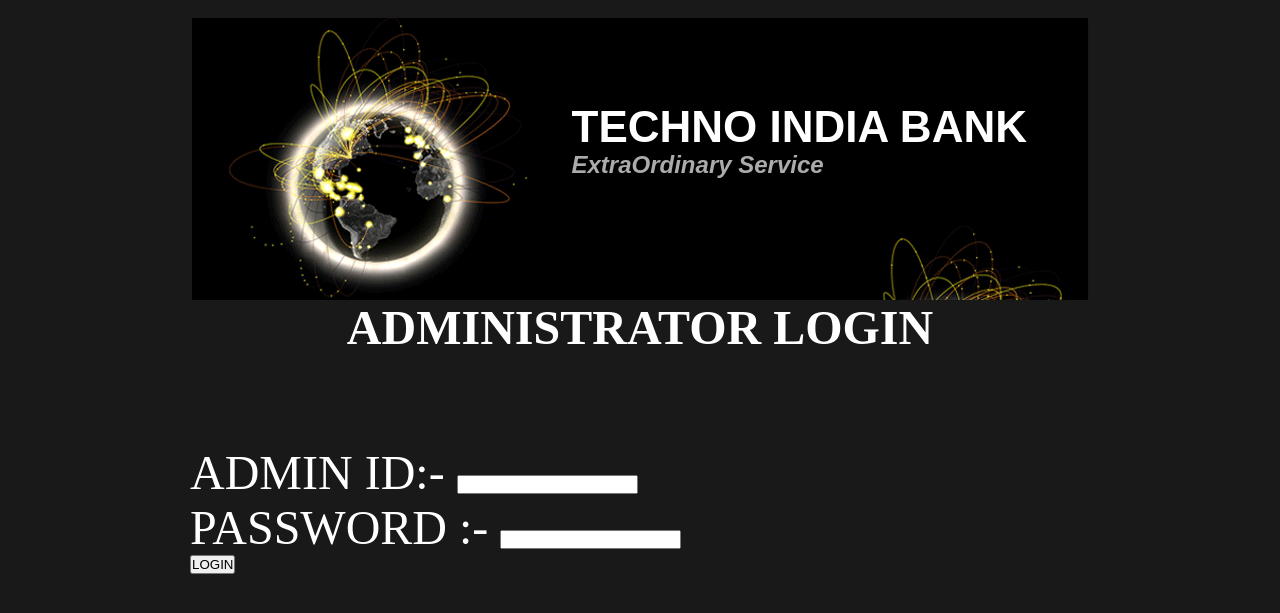
Repository: subhamsourabh265/collegeProjects
Page: OnlineBankingSystems/WebContent/adminlogin.html
These files come from the project's save history. The page is drawn as it stood at one moment and after the next save; the edit follows.
The browser window is 1280 px wide. The pictures show the whole page.

Above is the page before, as saved 2015-11-30 10:22:54.

After the next save:
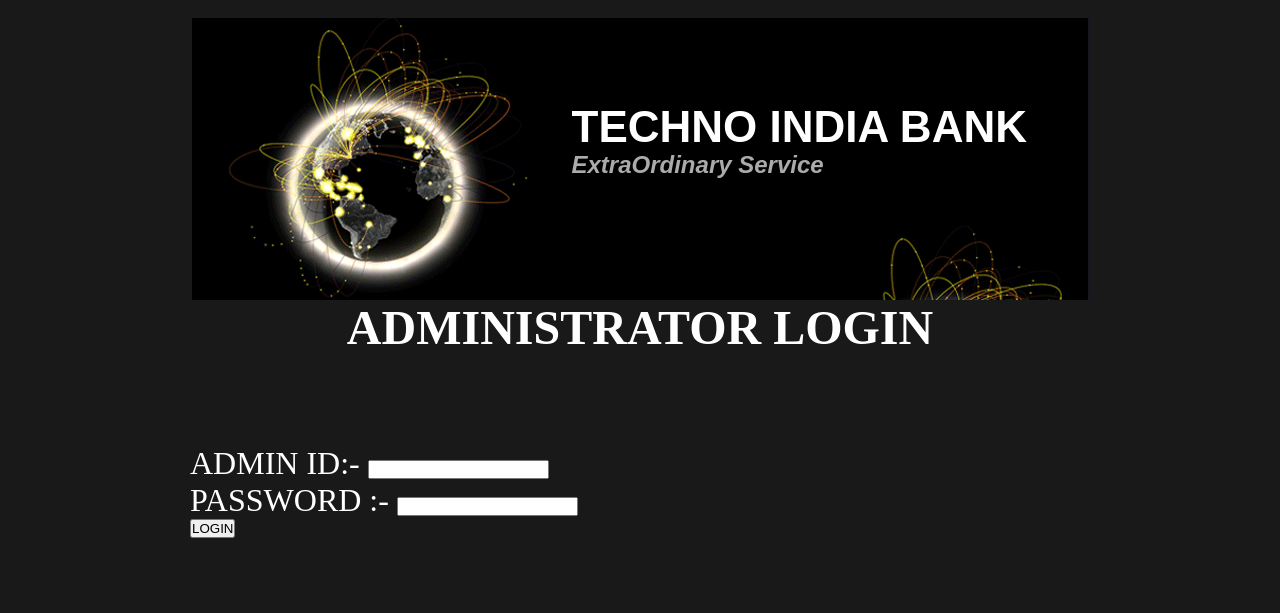
Saved 7 s later.
--- a/OnlineBankingSystems/WebContent/adminlogin.html
+++ b/OnlineBankingSystems/WebContent/adminlogin.html
@@ -23,7 +23,7 @@
 </center>
 <br><br><br><br><br>
 <form action="login" method="post">
-<font color="white" size = 7>
+<font color="white" size = 6>
 ADMIN  ID:- <input type="text" name="n1"><br>
 PASSWORD :- <input type="password" name="n2"><br>
                  <input type="submit" value="LOGIN"><br>
